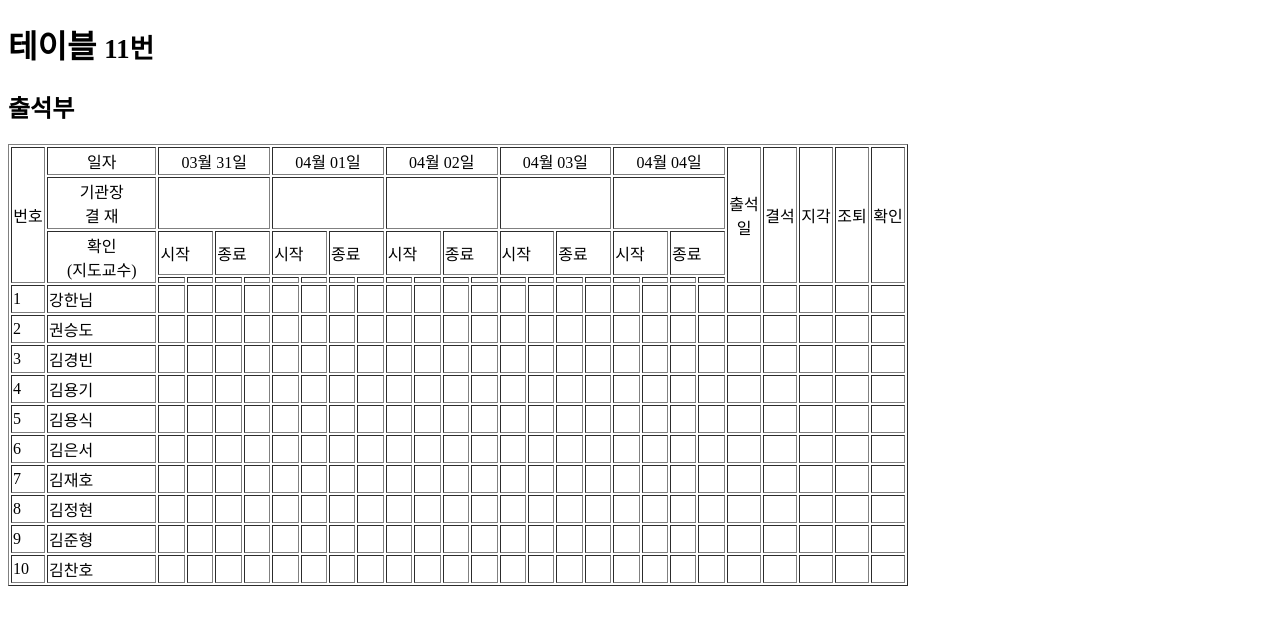
Repository: kmd192kmd/Web
Page: html/HtmlTest/src/main/webapp/ex16_table.html
An editor plug-in stored every save of this project. The page is shown before and after the next save, followed by the edit.
The browser window is 1280 px wide. The pictures show the whole page.

Above is the page before, as saved 2026-02-13 07:26:08.

### html/HtmlTest/src/main/webapp/ex16_table.html
<!DOCTYPE html>
<html>
<head>
<meta charset="UTF-8">
<title>Insert title here</title>
</head>
<body>
	<!-- <h1>테이블 <small>10번</small></h1>

	<h2>Table</h2>

	<table border="1" width="500" height="500">
		<tr>
			<td colspan="5" width="100" align="center" height="100">1</td>
		</tr>
		<tr>
			<td rowspan="4" width="100" align="center" height="400">6</td>
			<td colspan="2" width="100" align="center" height="100">7</td>
			<td colspan="2" width="100" align="center" height="100">9</td>
		</tr>
		<tr>
			<td width="100" align="center" height="100">12</td>
			<td width="100" align="center" height="100">13</td>
			<td rowspan="2" width="100" align="center" height="200">14</td>
			<td width="100" align="center" height="100">15</td>
		</tr>
		<tr>
			<td rowspan="2" width="100" align="center" height="200">17</td>
			<td width="100" align="center" height="100">18</td>
			<td width="100" align="center" height="100">20</td>
		</tr>
		<tr>
			<td align="center" width="100" height="100">23</td>
			<td colspan="2" width="100" align="center" height="100">24</td>
		</tr>
	</table> -->

	<h1>테이블 <small>11번</small></h1>

	<h2>출석부</h2>

	<table border="1" width="900">
		<tr>
			<td rowspan="5" width="30" align="center">번호</td>
			<td colspan="4" width="120" align="center">일자</td>
			<td colspan="4" width="120" align="center">03월 31일</td>
			<td colspan="4" width="120" align="center">04월 01일</td>
			<td colspan="4" width="120" align="center">04월 02일</td>
			<td colspan="4" width="120" align="center">04월 03일</td>
			<td colspan="4" width="120" align="center">04월 04일</td>
			<td rowspan="5" width="30" align="center">출석일</td>
			<td rowspan="5" width="30" align="center">결석</td>
			<td rowspan="5" width="30" align="center">지각</td>
			<td rowspan="5" width="30" align="center">조퇴</td>
			<td rowspan="5" width="30" align="center">확인</td>
		</tr>
		<tr>
			<td colspan="4" rowspan="2" align="center">기관장<br>결 재</td>
			<td colspan="4" rowspan="2"></td>
			<td colspan="4" rowspan="2"></td>
			<td colspan="4" rowspan="2"></td>
			<td colspan="4" rowspan="2"></td>
			<td colspan="4" rowspan="2"></td>
		</tr>
		<tr>
		</tr>
		<tr>
			<td colspan="4" rowspan="2" align="center">확인<br>(지도교수)</td>
			<td colspan="2">시작</td>
			<td colspan="2">종료</td>
			<td colspan="2">시작</td>
			<td colspan="2">종료</td>
			<td colspan="2">시작</td>
			<td colspan="2">종료</td>
			<td colspan="2">시작</td>
			<td colspan="2">종료</td>
			<td colspan="2">시작</td>
			<td colspan="2">종료</td>
		</tr>
		<tr>
			<td></td>
			<td></td>
			<td></td>
			<td></td>
			<td></td>
			<td></td>
			<td></td>
			<td></td>
			<td></td>
			<td></td>
			<td></td>
			<td></td>
			<td></td>
			<td></td>
			<td></td>
			<td></td>
			<td></td>
			<td></td>
			<td></td>
			<td></td>
		</tr>
		<tr>
			<td>1</td>
			<td colspan="4">강한님</td>
			<td></td>
			<td></td>
			<td></td>
			<td></td>
			<td></td>
			<td></td>
			<td></td>
			<td></td>
			<td></td>
			<td></td>
			<td></td>
			<td></td>
			<td></td>
			<td></td>
			<td></td>
			<td></td>
			<td></td>
			<td></td>
			<td></td>
			<td></td>
			<td></td>
			<td></td>
			<td></td>
			<td></td>
			<td></td>
		</tr>
		<tr>
			<td>2</td>
			<td colspan="4">권승도</td>
			<td></td>
			<td></td>
			<td></td>
			<td></td>
			<td></td>
			<td></td>
			<td></td>
			<td></td>
			<td></td>
			<td></td>
			<td></td>
			<td></td>
			<td></td>
			<td></td>
			<td></td>
			<td></td>
			<td></td>
			<td></td>
			<td></td>
			<td></td>
			<td></td>
			<td></td>
			<td></td>
			<td></td>
			<td></td>
		</tr>
		<tr>
			<td>3</td>
			<td colspan="4">김경빈</td>
			<td></td>
			<td></td>
			<td></td>
			<td></td>
			<td></td>
			<td></td>
			<td></td>
			<td></td>
			<td></td>
			<td></td>
			<td></td>
			<td></td>
			<td></td>
			<td></td>
			<td></td>
			<td></td>
			<td></td>
			<td></td>
			<td></td>
			<td></td>
			<td></td>
			<td></td>
			<td></td>
			<td></td>
			<td></td>
		</tr>
		<tr>
			<td>4</td>
			<td colspan="4">김용기</td>
			<td></td>
			<td></td>
			<td></td>
			<td></td>
			<td></td>
			<td></td>
			<td></td>
			<td></td>
			<td></td>
			<td></td>
			<td></td>
			<td></td>
			<td></td>
			<td></td>
			<td></td>
			<td></td>
			<td></td>
			<td></td>
			<td></td>
			<td></td>
			<td></td>
			<td></td>
			<td></td>
			<td></td>
			<td></td>
		</tr>
		<tr>
			<td>5</td>
			<td colspan="4">김용식</td>
			<td></td>
			<td></td>
			<td></td>
			<td></td>
			<td></td>
			<td></td>
			<td></td>
			<td></td>
			<td></td>
			<td></td>
			<td></td>
			<td></td>
			<td></td>
			<td></td>
			<td></td>
			<td></td>
			<td></td>
			<td></td>
			<td></td>
			<td></td>
			<td></td>
			<td></td>
			<td></td>
			<td></td>
			<td></td>
		</tr>
		<tr>
			<td>6</td>
			<td colspan="4">김은서</td>
			<td></td>
			<td></td>
			<td></td>
			<td></td>
			<td></td>
			<td></td>
			<td></td>
			<td></td>
			<td></td>
			<td></td>
			<td></td>
			<td></td>
			<td></td>
			<td></td>
			<td></td>
			<td></td>
			<td></td>
			<td></td>
			<td></td>
			<td></td>
			<td></td>
			<td></td>
			<td></td>
			<td></td>
			<td></td>
		</tr>
		<tr>
			<td>7</td>
			<td colspan="4">김재호</td>
			<td></td>
			<td></td>
			<td></td>
			<td></td>
			<td></td>
			<td></td>
			<td></td>
			<td></td>
			<td></td>
			<td></td>
			<td></td>
			<td></td>
			<td></td>
			<td></td>
			<td></td>
			<td></td>
			<td></td>
			<td></td>
			<td></td>
			<td></td>
			<td></td>
			<td></td>
			<td></td>
			<td></td>
			<td></td>
		</tr>
		<tr>
			<td>8</td>
			<td colspan="4">김정현</td>
			<td></td>
			<td></td>
			<td></td>
			<td></td>
			<td></td>
			<td></td>
			<td></td>
			<td></td>
			<td></td>
			<td></td>
			<td></td>
			<td></td>
			<td></td>
			<td></td>
			<td></td>
			<td></td>
			<td></td>
			<td></td>
			<td></td>
			<td></td>
			<td></td>
			<td></td>
			<td></td>
			<td></td>
			<td></td>
		</tr>
		<tr>
			<td>9</td>
			<td colspan="4">김준형</td>
			<td></td>
			<td></td>
			<td></td>
			<td></td>
			<td></td>
			<td></td>
			<td></td>
			<td></td>
			<td></td>
			<td></td>
			<td></td>
			<td></td>
			<td></td>
			<td></td>
			<td></td>
			<td></td>
			<td></td>
			<td></td>
			<td></td>
			<td></td>
			<td></td>
			<td></td>
			<td></td>
			<td></td>
			<td></td>
		</tr>
		<tr>
			<td>10</td>
			<td colspan="4">김찬호</td>
			<td></td>
			<td></td>
			<td></td>
			<td></td>
			<td></td>
			<td></td>
			<td></td>
			<td></td>
			<td></td>
			<td></td>
			<td></td>
			<td></td>
			<td></td>
			<td></td>
			<td></td>
			<td></td>
			<td></td>
			<td></td>
			<td></td>
			<td></td>
			<td></td>
			<td></td>
			<td></td>
			<td></td>
			<td></td>
		</tr>
	</table>
</body>
</html>

After the next save:
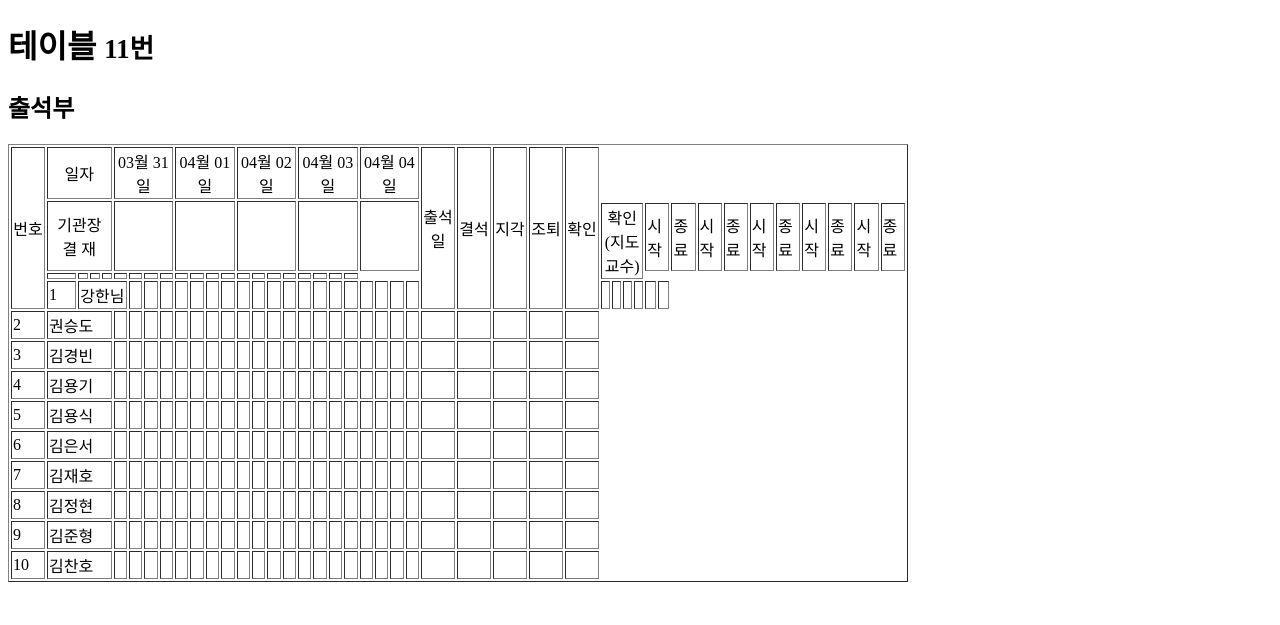
Saved 15 s later.
--- a/html/HtmlTest/src/main/webapp/ex16_table.html
+++ b/html/HtmlTest/src/main/webapp/ex16_table.html
@@ -63,8 +63,6 @@
 			<td colspan="4" rowspan="2"></td>
 		</tr>
 		<tr>
-		</tr>
-		<tr>
 			<td colspan="4" rowspan="2" align="center">확인<br>(지도교수)</td>
 			<td colspan="2">시작</td>
 			<td colspan="2">종료</td>

After the save that followed:
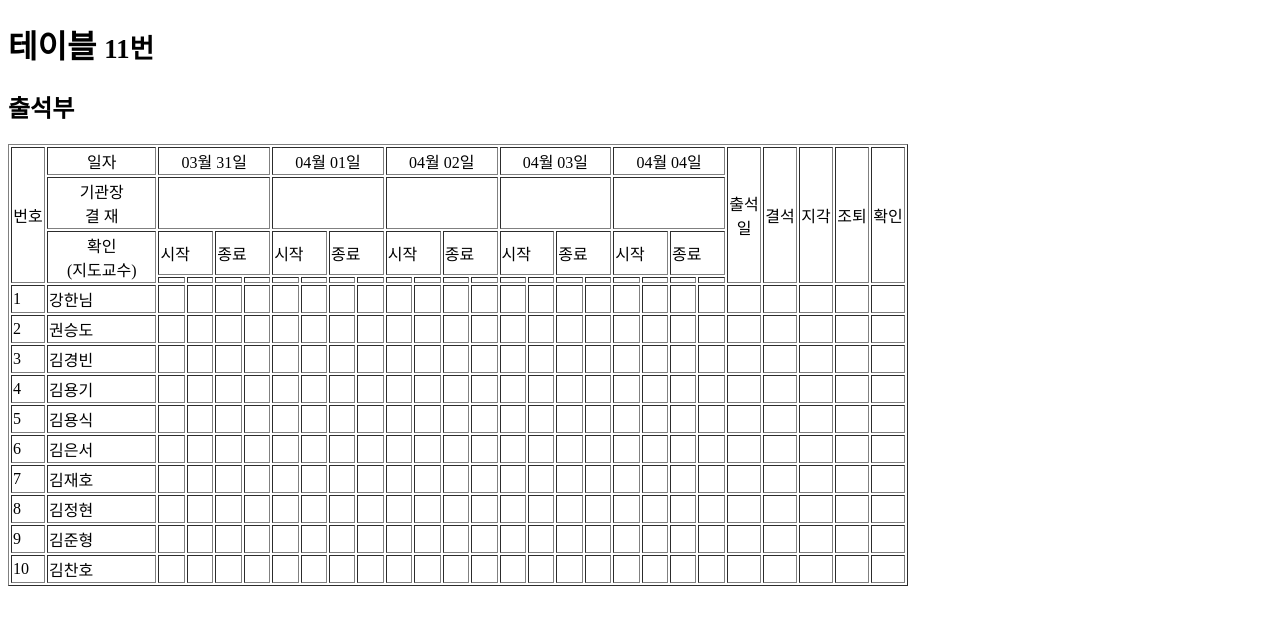
Saved 6 s later.
--- a/html/HtmlTest/src/main/webapp/ex16_table.html
+++ b/html/HtmlTest/src/main/webapp/ex16_table.html
@@ -63,6 +63,8 @@
 			<td colspan="4" rowspan="2"></td>
 		</tr>
 		<tr>
+		</tr>
+		<tr>
 			<td colspan="4" rowspan="2" align="center">확인<br>(지도교수)</td>
 			<td colspan="2">시작</td>
 			<td colspan="2">종료</td>
